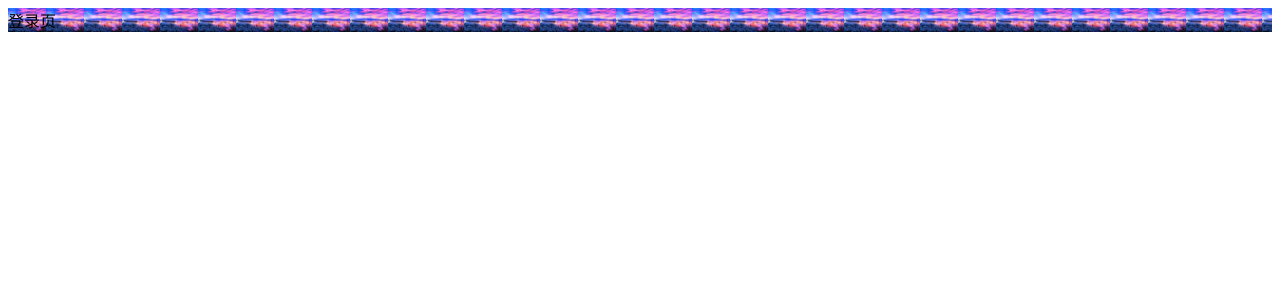
Repository: shuke-zhang/myVue3-TS-Vite
Page: /
The author's editor kept a copy of each file at every save. The page is drawn from the files as they stood at one save, then again after the next save.
The browser window is 1280 px wide. The pictures show the whole page.
The project was rebuilt for these pictures with package versions that can differ from the ones it lists, and the page was loaded fresh each time. Also part of the build but not shown: vite.config.ts.

Above is the page before, as saved 2023-03-18 18:32:18.

### src/main.ts
import { createApp } from 'vue'
import './style.css'
import App from './App.vue'
import store from './store'
import router from '@/router';
createApp(App).use(router).use(store).mount('#app')

### src/style.css
:root {

  font-synthesis: none;
  text-rendering: optimizeLegibility;
  -webkit-font-smoothing: antialiased;
  -moz-osx-font-smoothing: grayscale;
  -webkit-text-size-adjust: 100%;
}

### src/App.vue
<script setup lang="ts">

</script>

<template>
 <RouterView/>
</template>

<style scoped>

</style>

### src/router/index.ts
import { createRouter, createWebHistory, RouteRecordRaw } from 'vue-router';

const routes: Array<RouteRecordRaw> = [
    {
        path: '/',
        redirect: '/login',
    },
    {
        path: '/login', // 路由地址
        name: 'Login', // 路由名称
        meta: {
            title: '登录', // 路由标题
            keepAlive: true, // 是否缓存
            // q: 为什么这里要加一个 requireAuth: false
            requireAuth: false // 是否需要登录
        },
        component: () => import('@/views/login/index.vue')
    }

]

const router = createRouter({
    history: createWebHistory(),
    routes
});
export default router;

### src/views/login/index.vue
<script lang="ts" setup>
     import request from '@/utils/request';
const requestRes = async () => {
    let result = await request({
        url: '/login/password',
        method: 'POST',
        data: {
             mobile: '13211112222',
            // 密码 abc123456 测试：出现非10000的情况
            password: 'abc12345'
        }

    });
    console.log(result);

}


</script>

<template>
    <div class="contaniner">
        <div>
        登录页
        </div>
    </div>
</template>

<style lang="less" scoped>
body {
    width: 100%;
    height: 100%;
}
.contaniner {
    width: 100%;
    height: 100%;
    z-index: 9;
    background-image: url('@/assets/images/R-C.jpg');
    background-size: cover;
    background-size: contain;
}



</style>

### src/utils/request.ts
import axios, { AxiosResponse, AxiosRequestConfig } from 'axios';

const service = axios.create({
    // 黑马在线地址
    baseURL: 'https://consult-api.itheima.net/',
    timeout: 10000
});

// 请求拦截器
service.interceptors.request.use(
    // q: 下面这一行为什么会报错
    // a: 因为这里的config是一个AxiosRequestConfig类型，而不是一个对象
    // (config: { [key: string]: any }) => {

    (config) => {
        // 携带token
        // const store = useUserStore()
        // if (store.user?.token && config.headers) {
        //     config.headers['Authorization'] = `Bearer ${store.user?.token}`
        // }
        return config;
    },
    (error) => {Promise.reject(error);
    }
);

// Response interceptors
service.interceptors.response.use(
    (res) => {

        return res
    },
    (err) => {
        // 处理401错误
        // if (err.response.status === 401) {
        //     // 删除用户信息
        //     const store = useUserStore()
        //     store.delUser()
        //     // 跳转登录，带上接口失效所在页面的地址，登录完成后回跳使用
        //     router.push({
        //         path: '/login',
        //         query: { returnUrl: router.currentRoute.value.fullPath }
        //     })
        // }
        return Promise.reject(err)
    }
);

export default service;

Loaded but not shown: index.html (common file); src/store/index.ts (common file)

After the next save:
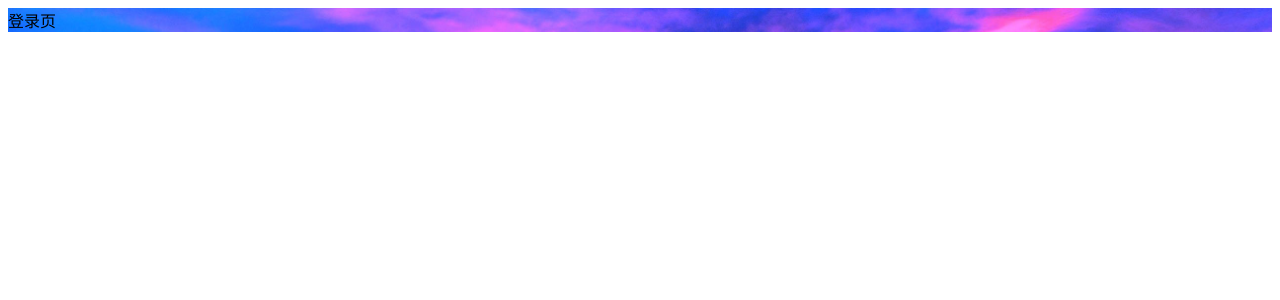
Saved 7 s later.
--- a/src/views/login/index.vue
+++ b/src/views/login/index.vue
@@ -37,7 +37,6 @@
     z-index: 9;
     background-image: url('@/assets/images/R-C.jpg');
     background-size: cover;
-    background-size: contain;
 }
 
 
